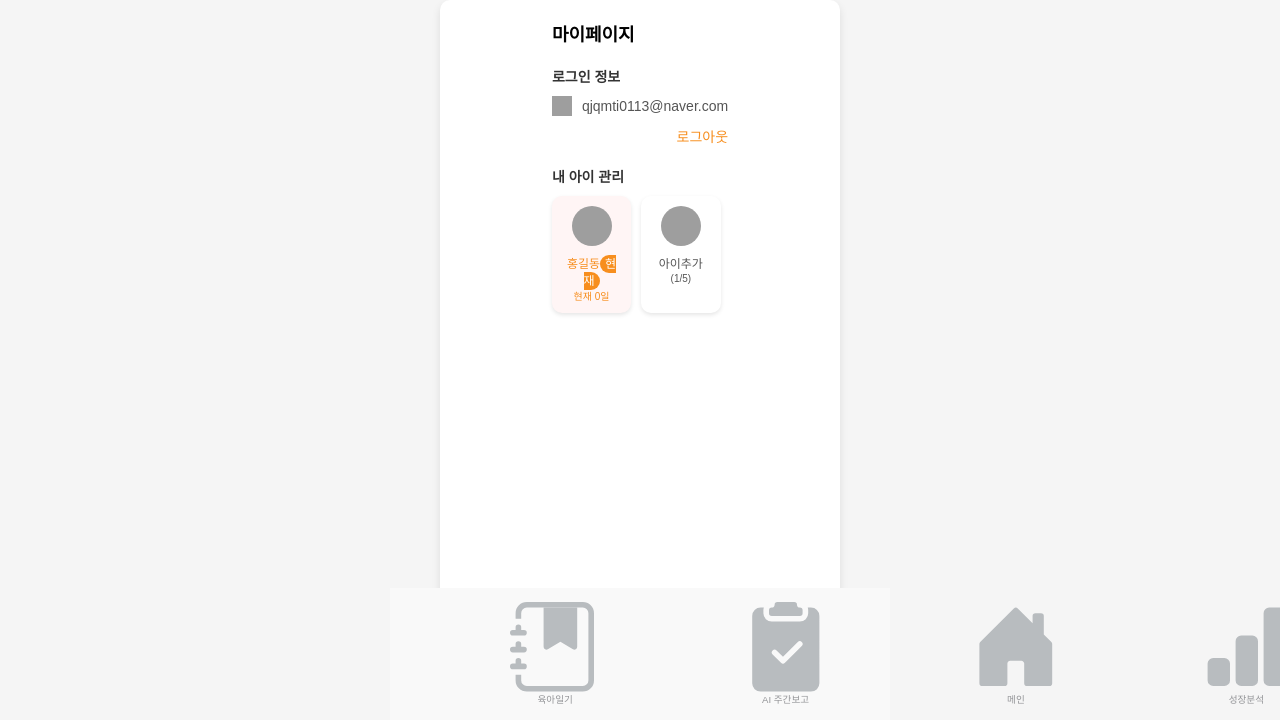
Repository: fromBirth/frombirth-frontend
Page: /mypage
An editor plug-in stored every save of this project. The page is shown before and after the next save, followed by the edit.
The browser window is 1280 px wide. The pictures show the whole page.
Pictures or frames that could not be fetched are drawn as grey boxes. Some web fonts or font styles are not loaded; a fallback is used. The project was rebuilt for these pictures with package versions that can differ from the ones it lists, and the page was loaded fresh each time. Also part of the build but not shown: vite.config.js.

Above is the page before, as saved 2024-10-30 12:42:33.

### index.html
<!doctype html>
<html lang="en">
  <head>
    <meta charset="UTF-8" />
    <link rel="icon" type="image/svg+xml" href="/fromBirthIcon" />
    <meta name="viewport" content="width=device-width, initial-scale=1.0" />
    <script src="https://t1.kakaocdn.net/kakao_js_sdk/2.7.2/kakao.min.js" integrity="sha384-TiCUE00h649CAMonG018J2ujOgDKW/kVWlChEuu4jK2vxfAAD0eZxzCKakxg55G4" crossorigin="anonymous"></script>
    <title>fromBirth</title>
  </head>
  <body>
    <div id="root"></div>
    <script type="module" src="/src/main.jsx"></script>
  </body>
</html>

### src/main.jsx
/* src/main.jsx */

// StrictMode와 createRoot 함수를 React에서 import
import { StrictMode } from 'react'
import { createRoot } from 'react-dom/client'
// 애플리케이션의 메인 컴포넌트인 App을 import
import App from './App.jsx'

// React 애플리케이션의 루트 DOM 요소에 App 컴포넌트를 렌더링
createRoot(document.getElementById('root')).render(
  <StrictMode>
    <App />
  </StrictMode>,
)

### src/App.jsx
/* src/App.jsx */

// 전체 애플리케이션에 라우팅 기능을 제공하는 BrowserRouter를 import
import { BrowserRouter as Router } from 'react-router-dom';
// 전역적으로 인증 상태를 관리하기 위해 AuthProvider를 import
import { AuthProvider } from './contexts/AuthContext';
// 애플리케이션의 전체 라우팅 구성을 위한 AppRouter를 import
import AppRouter from './routes/AppRouter'; // 라우팅 설정을 불러옴

// App 컴포넌트는 애플리케이션의 최상위 컴포넌트로, 인증과 라우팅을 관리
function App() {
    return (
        <AuthProvider>  {/* 인증 컨텍스트 제공 */}
            <Router>  {/* 라우팅 제공 */}
                <AppRouter /> {/* 전체 라우팅 설정 */}
            </Router>
        </AuthProvider>
    );
}

// App 컴포넌트를 기본으로 내보내기
export default App;

### src/contexts/AuthContext.jsx
/* src/contexts/AuthContext.jsx */

import { createContext, useState } from 'react';

// Context 생성
export const AuthContext = createContext();

// Context Provider 컴포넌트
export const AuthProvider = ({ children }) => {
    const [isAuthenticated, setIsAuthenticated] = useState(false);

    // 로그인/로그아웃 상태 변경 함수
    const toggleAuth = () => {
        setIsAuthenticated(!isAuthenticated);
    };

    return (
        <AuthContext.Provider value={{ isAuthenticated, toggleAuth }}>
            {children}
        </AuthContext.Provider>
    );
};

### src/routes/AppRouter.jsx
/* src/routes/AppRouter.jsx */

// React Router의 Routes와 Route 컴포넌트를 사용해 라우팅 구성
import { Routes, Route, Navigate } from 'react-router-dom';
// React에서 컴포넌트를 동적 로딩할 수 있도록 Suspense와 lazy를 사용
import { Suspense, lazy } from 'react';
// PATHS 객체를 import하여 경로를 상수로 관리
import { PATHS } from './paths';
// 전체 레이아웃 컴포넌트로, 로그인이 필요한 페이지의 공통 레이아웃으로 사용
import Layout from '../components/common/Layout.jsx';
// 스피너 컴포넌트 import
import Spinner from '../components/common/Spinner.jsx';
// 전역 스타일 파일을 import하여 스타일 적용
import '/src/assets/styles/common.css';

// React.lazy를 사용하여 동적 import로 각 페이지를 로딩하여 초기 로딩 속도 최적화
const Login = lazy(() => import('../components/login/Login.jsx'));
const Dashboard = lazy(() => import('../components/dashboard/Dashboard.jsx'));
const BabyDiary = lazy(() => import('../components/baby-diary/BabyDiary.jsx'));
const DiaryList = lazy(() => import('../components/baby-diary/DiaryList.jsx'));
const DiaryListPhoto = lazy(() => import('../components/baby-diary/DiaryListPhoto.jsx'));
const DiaryRegister = lazy(() => import('../components/baby-diary/DiaryRegister.jsx'));
const DiaryDetail = lazy(() => import('../components/baby-diary/DiaryDetail.jsx'));
const WeeklyReport = lazy(() => import('../components/weekly-report/WeeklyReport.jsx'));
const GrowthAnalysis = lazy(() => import('../components/growth-analysis/GrowthAnalysis.jsx'));
const MyPage = lazy(() => import('../components/my-page/MyPage.jsx'));
const ChildRegister = lazy(() => import('../components/my-page/ChildRegister.jsx'));

function AppRouter() {
    return (
        // Suspense로 동적 로딩 중 스피너 화면 표시
        <Suspense fallback={<Spinner />}>
            <Routes>
                {/* 로그인 페이지 */}
                <Route path={PATHS.LOGIN} element={<Login />} />

                {/* 기본 경로에서 메인 대시보드 화면으로 리다이렉트 */}
                <Route path="/" element={<Navigate to={PATHS.DASHBOARD} />} />

                {/* Layout 컴포넌트를 상위 요소로 하여 로그인이 필요한 페이지 구성 */}
                <Route element={<Layout />}>
                    {/* 메인 대시보드 페이지 */}
                    <Route path={PATHS.DASHBOARD} element={<Dashboard />} />

                    {/* BabyDiary 관련 페이지 */}
                    <Route path={PATHS.BABY_DIARY} element={<BabyDiary />} />
                    <Route path={PATHS.DIARY_LIST} element={<DiaryList />} />
                    <Route path={PATHS.DIARY_LIST_PHOTO} element={<DiaryListPhoto />} />
                    <Route path={PATHS.DIARY_REGISTER} element={<DiaryRegister />} />
                    <Route path={PATHS.DIARY_DETAIL} element={<DiaryDetail />} />

                    {/* WeeklyReport 페이지 */}
                    <Route path={PATHS.WEEKLY_REPORT} element={<WeeklyReport />} />

                    {/* GrowthAnalysis 페이지 */}
                    <Route path={PATHS.GROWTH_ANALYSIS} element={<GrowthAnalysis />} />

                    {/* MyPage 관련 페이지 */}
                    <Route path={PATHS.MY_PAGE} element={<MyPage />} />
                    <Route path={PATHS.CHILD_REGISTER} element={<ChildRegister />} />
                </Route>
            </Routes>
        </Suspense>
    );
}

export default AppRouter;

### src/routes/paths.js
/* src/routes/paths.js */

// PATHS 객체는 애플리케이션에서 사용하는 주요 라우트 경로를 상수로 관리
// 경로가 변경되더라도 이 파일만 수정하면 모든 라우트에 반영되어 유지보수가 용이해짐
export const PATHS = {

    // 로그인 페이지 경로
    LOGIN: "/login",

    // 메인 페이지 경로
    MAIN: "/main",

    // 육아 일기 섹션 경로들
    BABY_DIARY: "/babydiary",               // 육아 일기 메인 경로
    DIARY_LIST: "/babydiary/list",          // 일기 목록 페이지 경로
    DIARY_LIST_PHOTO: "/babydiary/listphoto", // 사진으로 보는 일기 목록 경로
    DIARY_REGISTER: "/babydiary/register",  // 일기 작성 페이지 경로
    DIARY_DETAIL: "/babydiary/detail",      // 일기 상세 페이지 경로

    // AI주간보고 페이지 경로
    WEEKLY_REPORT: "/weeklyreport",

    // 성장 분석 페이지 경로
    GROWTH_ANALYSIS: "/growthanalysis",

    // 내정보 섹션 경로들
    MY_PAGE: "/mypage",                     // 마이페이지 메인 경로
    CHILD_REGISTER: "/mypage/register",     // 아이 등록 페이지 경로
};

### src/components/common/Layout.jsx
/* src/components/Layout.jsx */

import { Link, Outlet, useLocation } from 'react-router-dom';
import { useState, useEffect } from 'react';
import '/src/assets/styles/layout.css';

function Layout() {

    const location = useLocation();
    const [activePath, setActivePath] = useState(location.pathname);

    // 라우터 변경 시 활성화 상태 업데이트
    useEffect(() => {
        setActivePath(location.pathname);
    }, [location]);

    return (
        <div className="layout">

            {/* 🔴 페이지 컨텐츠 */}
        <div className="container">
                <Outlet /> {/* 자식 페이지들이 이곳에 렌더링됩니다. */}
            </div>

            {/* 🔴 푸터 */}
            <footer className="footer">
                <nav className={"footer-nav"}>
                    <Link to="/babydiary" >
                        <div className={`nav-item ${activePath === '/babydiary' ? 'btn-active' : ''}`}>
                            <svg xmlns="http://www.w3.org/2000/svg" style={{ fill: activePath === '/babydiary' ? 'var(--logo-color)' : 'var(--menu-symbol-color)' }}
                                className="bi bi-journal-bookmark-fill" viewBox="0 0 16 16">
                                <path fillRule="evenodd"
                                    d="M6 1h6v7a.5.5 0 0 1-.757.429L9 7.083 6.757 8.43A.5.5 0 0 1 6 8z" />
                                <path
                                    d="M3 0h10a2 2 0 0 1 2 2v12a2 2 0 0 1-2 2H3a2 2 0 0 1-2-2v-1h1v1a1 1 0 0 0 1 1h10a1 1 0 0 0 1-1V2a1 1 0 0 0-1-1H3a1 1 0 0 0-1 1v1H1V2a2 2 0 0 1 2-2" />
                                <path
                                    d="M1 5v-.5a.5.5 0 0 1 1 0V5h.5a.5.5 0 0 1 0 1h-2a.5.5 0 0 1 0-1zm0 3v-.5a.5.5 0 0 1 1 0V8h.5a.5.5 0 0 1 0 1h-2a.5.5 0 0 1 0-1zm0 3v-.5a.5.5 0 0 1 1 0v.5h.5a.5.5 0 0 1 0 1h-2a.5.5 0 0 1 0-1z" />
                            </svg>
                            <span>육아일기</span>
                        </div>
                    </Link>
                    <Link to="/weeklyreport" >
                        <div className={`nav-item ${activePath === '/weeklyreport' ? 'btn-active' : ''}`}>
                            <svg xmlns="http://www.w3.org/2000/svg" style={{ fill: activePath === '/weeklyreport' ? 'var(--logo-color)' : 'var(--menu-symbol-color)' }}
                                className="bi bi-clipboard2-check-fill" viewBox="0 0 16 16">
                                <path
                                    d="M10 .5a.5.5 0 0 0-.5-.5h-3a.5.5 0 0 0-.5.5.5.5 0 0 1-.5.5.5.5 0 0 0-.5.5V2a.5.5 0 0 0 .5.5h5A.5.5 0 0 0 11 2v-.5a.5.5 0 0 0-.5-.5.5.5 0 0 1-.5-.5" />
                                <path
                                    d="M4.085 1H3.5A1.5 1.5 0 0 0 2 2.5v12A1.5 1.5 0 0 0 3.5 16h9a1.5 1.5 0 0 0 1.5-1.5v-12A1.5 1.5 0 0 0 12.5 1h-.585q.084.236.085.5V2a1.5 1.5 0 0 1-1.5 1.5h-5A1.5 1.5 0 0 1 4 2v-.5q.001-.264.085-.5m6.769 6.854-3 3a.5.5 0 0 1-.708 0l-1.5-1.5a.5.5 0 1 1 .708-.708L7.5 9.793l2.646-2.647a.5.5 0 0 1 .708.708" />
                            </svg>
                            <span>AI 주간보고</span>
                        </div>

                    </Link>
                    <Link to="/dashboard" >
                        <div className={`nav-item ${activePath === '/dashboard' ? 'btn-active' : ''}`}>
                            <svg xmlns="http://www.w3.org/2000/svg" style={{ fill: activePath === '/dashboard' ? 'var(--logo-color)' : 'var(--menu-symbol-color)' }}
                                className="bi bi-house-door-fill" viewBox="0 0 16 16">
                                <path
                                    d="M6.5 14.5v-3.505c0-.245.25-.495.5-.495h2c.25 0 .5.25.5.5v3.5a.5.5 0 0 0 .5.5h4a.5.5 0 0 0 .5-.5v-7a.5.5 0 0 0-.146-.354L13 5.793V2.5a.5.5 0 0 0-.5-.5h-1a.5.5 0 0 0-.5.5v1.293L8.354 1.146a.5.5 0 0 0-.708 0l-6 6A.5.5 0 0 0 1.5 7.5v7a.5.5 0 0 0 .5.5h4a.5.5 0 0 0 .5-.5" />
                            </svg>
                            <span>메인</span>
                        </div>

                    </Link>
                    <Link to="/growthanalysis" >
                        <div className={`nav-item ${activePath === '/growthanalysis' ? 'btn-active' : ''}`}>
                            <svg xmlns="http://www.w3.org/2000/svg" style={{ fill: activePath === '/growthanalysis' ? 'var(--logo-color)' : 'var(--menu-symbol-color)' }}
                                className="bi bi-bar-chart-fill" viewBox="0 0 16 16">
                                <path
                                    d="M1 11a1 1 0 0 1 1-1h2a1 1 0 0 1 1 1v3a1 1 0 0 1-1 1H2a1 1 0 0 1-1-1zm5-4a1 1 0 0 1 1-1h2a1 1 0 0 1 1 1v7a1 1 0 0 1-1 1H7a1 1 0 0 1-1-1zm5-5a1 1 0 0 1 1-1h2a1 1 0 0 1 1 1v12a1 1 0 0 1-1 1h-2a1 1 0 0 1-1-1z" />
                            </svg>
                            <span>성장분석</span>
                        </div>

                    </Link>
                    <Link to="/mypage" >
                        <div className={`nav-item ${activePath === '/mypage' ? 'btn-active' : ''}`}>
                            <svg xmlns="http://www.w3.org/2000/svg" style={{ fill: activePath === '/mypage' ? 'var(--logo-color)' : 'var(--menu-symbol-color)' }}
                                className="bi bi-person-fill" viewBox="0 0 16 16">
                                <path d="M3 14s-1 0-1-1 1-4 6-4 6 3 6 4-1 1-1 1zm5-6a3 3 0 1 0 0-6 3 3 0 0 0 0 6" />
                            </svg>
                            <span>내정보</span>
                        </div>
                    </Link>
                </nav>
            </footer>
        </div>
    );
}

export default Layout;

### src/components/common/Spinner.jsx
/* src/components/Spinner.jsx */

const Spinner = () => {
    return (
        <div className="spinner-overlay">
            <div className="spinner"></div>
        </div>
    );
};

export default Spinner;

### src/assets/styles/common.css
/* src/assets/styles/common.css */

/* 🔴 폰트 설정 */
@font-face { font-family: 'Pretendard'; font-weight: 100; font-style: normal; src: url('https://cdn.jsdelivr.net/gh/webfontworld/pretendard/Pretendard-Thin.woff') format('woff'); font-display: swap; }
@font-face { font-family: 'Pretendard'; font-weight: 200; font-style: normal; src: url('https://cdn.jsdelivr.net/gh/webfontworld/pretendard/Pretendard-ExtraLight.woff') format('woff'); font-display: swap; }
@font-face { font-family: 'Pretendard'; font-weight: 300; font-style: normal; src: url('https://cdn.jsdelivr.net/gh/webfontworld/pretendard/Pretendard-Light.woff') format('woff'); font-display: swap; }
@font-face { font-family: 'Pretendard'; font-weight: 400; font-style: normal; src: url('https://cdn.jsdelivr.net/gh/webfontworld/pretendard/Pretendard-Regular.woff') format('woff'); font-display: swap; }
@font-face { font-family: 'Pretendard'; font-weight: 500; font-style: normal; src: url('https://cdn.jsdelivr.net/gh/webfontworld/pretendard/Pretendard-Medium.woff') format('woff'); font-display: swap; }
@font-face { font-family: 'Pretendard'; font-weight: 600; font-style: normal; src: url('https://cdn.jsdelivr.net/gh/webfontworld/pretendard/Pretendard-SemiBold.woff') format('woff'); font-display: swap; }
@font-face { font-family: 'Pretendard'; font-weight: 700; font-style: normal; src: url('https://cdn.jsdelivr.net/gh/webfontworld/pretendard/Pretendard-Bold.woff') format('woff'); font-display: swap; }
@font-face { font-family: 'Pretendard'; font-weight: 800; font-style: normal; src: url('https://cdn.jsdelivr.net/gh/webfontworld/pretendard/Pretendard-ExtraBold.woff') format('woff'); font-display: swap; }
@font-face { font-family: 'Pretendard'; font-weight: 900; font-style: normal; src: url('https://cdn.jsdelivr.net/gh/webfontworld/pretendard/Pretendard-Black.woff') format('woff'); font-display: swap; }
/* HakgyoansimDunggeunmisoTTF 폰트 설정 (로컬 파일) */
@font-face { font-family: 'HakgyoansimDunggeunmisoTTF-B'; src: url('/src/assets/fonts/Hakgyoansim-Dunggeunmiso-TTF-B.ttf') format('truetype'); font-weight: normal; font-style: normal; }
@font-face { font-family: 'HakgyoansimDunggeunmisoTTF-R'; src: url('/src/assets/fonts/Hakgyoansim-Dunggeunmiso-TTF-R.ttf') format('truetype'); font-weight: normal; font-style: normal; }

/* 🔴 css 초기화 설정 */
html, body { font-family: "Pretendard", sans-serif; height: 100%; margin: 0; padding: 0; }
body { display: flex; justify-content: center; align-items: center; min-height: 100vh; margin: 0; background-color: #f5f5f5; }
* { margin: 0; padding: 0; box-sizing: border-box; }
a { text-decoration: none; color: black; }
ul, li, ol, dl, dd { list-style: none; margin: 0; }
img { max-width: 100%; height: auto; border: 0; }
table { border-collapse: collapse; border-spacing: 0; }
td, th { padding: 0; }
input[type="checkbox"] { cursor: pointer; }
button { appearance: none; border: 0; background: transparent; font: inherit; outline: none; cursor: pointer; }
button:disabled { cursor: default; }
label { margin: 0; font-weight: normal; }
p { margin: 0; }
input::placeholder { color: #888; }

/* 🔴 색상 등 전역 변수 설정 */
:root { --logo-color: #FF893C; --button-disabled-color: #E6E9F0; --menu-symbol-color: #B8BCBF; --menu-text-color: #949598; --background-color: #F4F7FC; }

/* 🔴 루트 컨테이너 크기 설정 */
#root { height: 100vh; width: 100vw; }

/* 🔴 로딩 스피너 */
.spinner-overlay { position: fixed; top: 0; left: 0; width: 100vw; height: 100vh; display: flex; justify-content: center; align-items: center; background: rgba(255, 255, 255, 0.8); z-index: 1000; }
.spinner { width: 40px; height: 40px; border: 5px solid rgba(0, 0, 0, 0.1); border-top-color: #3498db; border-radius: 50%; animation: spin 1s linear infinite; }
@keyframes spin { to { transform: rotate(360deg); }
 }

### src/components/my-page/MyPage.jsx
import React from 'react';
import './MyPage.css';

const MyPage = () => {
    return (
        <div className="container">
            <div className="header">마이페이지</div>

            <div className="login-info">
                <h3>로그인 정보</h3>
                <div className="email">
                    <img src="email-icon.png" alt="Email Icon" />
                    <span>qjqmti0113@naver.com</span>
                </div>
                <div className="logout">로그아웃</div>
            </div>

            <div className="child-management">
                <h3>내 아이 관리</h3>
                <div className="child-cards">
                    <div className="child-card active-child">
                        <img src="child1.png" alt="Child Image" />
                        <div>
                            홍길동
                            <span style={{ backgroundColor: '#f78e1e', color: 'white', borderRadius: '10px', padding: '2px 5px' }}>현재</span>
                        </div>
                        <small>현재 0일</small>
                    </div>
                    <div className="child-card">
                        <img src="add-child.png" alt="Add Child" />
                        <div>아이추가</div>
                        <small>(1/5)</small>
                    </div>
                </div>
            </div>
        </div>
    );
};

export default MyPage;

### src/assets/styles/layout.css
/* src/assets/styles/layout.css */

/* 레이아웃 */
.layout { display: flex; flex-direction: column; min-height: 100vh; width: 100vw; align-items: center; }

 /* 콘텐츠 영역 */
.content { flex-grow: 1; width: 100%; max-width: 500px; margin: 0 auto; padding: 0 16px; overflow-y: auto; padding-bottom: 60px;}

/* 중앙 컨테이너 스타일 */
.layout { background-color: white; width: 90%; max-width: 400px; padding: 20px; border-radius: 10px; box-shadow: 0 4px 8px rgba(0, 0, 0, 0.1); margin: 0 auto; }

/* 헤더 스타일 */
.layout .header { display: flex; align-items: center; gap: 10px; margin-bottom: 20px; }
.layout .header .profile-image { width: 40px; height: 40px; border-radius: 50%; background-color: #f0e68c; }
.layout .header .header-title { font-size: 18px; }
.layout .header .header-dropdown { font-size: 14px; color: gray; }

/* footer */
.layout .footer { background-color: #F9F9F9; text-align: center; display: flex; justify-content: center; width: 100%; max-width: 500px; margin: 0 auto; position: fixed; bottom: 0;  }
.layout .footer .footer-nav { display: flex; justify-content: space-around; width: 100%; max-width: 400px; }
.layout .footer .footer-nav .nav-item { display: flex; flex-direction: column; justify-content: center; color: #949598; font-size: 0.6em; min-width: 12vw; margin: 1vh 3vw; padding: 1vh 1vw; }
.layout .footer .footer-nav .nav-item.btn-active { background-color: #FE8A3C1F; color: #FF893C; border-radius:9px; }
.layout .footer .footer-nav .nav-item svg { margin: auto; width: 7vw; }

### src/components/my-page/MyPage.css
.header { font-size: 18px; font-weight: bold; margin-bottom: 20px; }

.login-info, .child-management { margin-bottom: 20px; }

.login-info h3, .child-management h3 { font-size: 14px; color: #333; margin-bottom: 10px; }

.email { display: flex; align-items: center; font-size: 14px; color: #555; margin-bottom: 10px; }

.email img { width: 20px; height: 20px; margin-right: 10px; }

.logout { font-size: 14px; color: #f78e1e; text-align: right; cursor: pointer; }

.child-cards { display: flex; gap: 10px; }

.child-card { width: 45%; padding: 10px; text-align: center; font-size: 12px; color: #555; border-radius: 10px; box-shadow: 0 2px 4px rgba(0, 0, 0, 0.1); }

.child-card img { width: 40px; height: 40px; border-radius: 50%; margin-bottom: 5px; }

.active-child { background-color: #fff5f5; color: #f78e1e; }

After the next save:
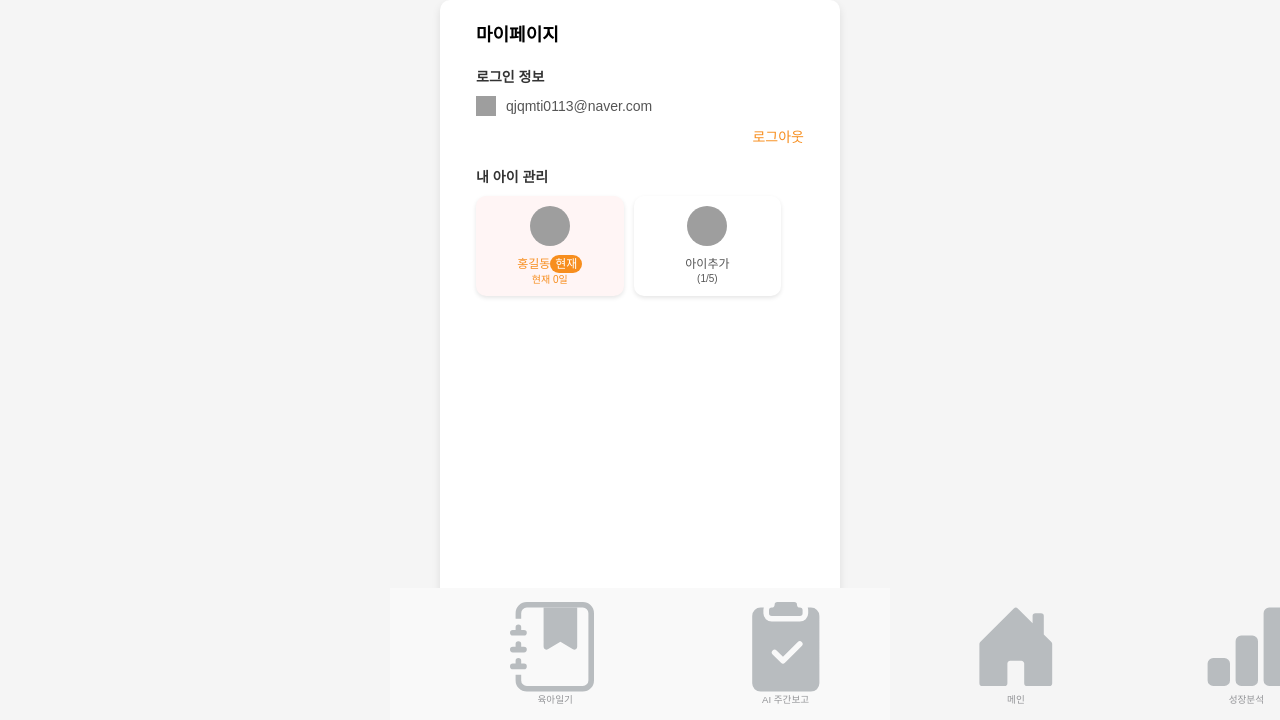
Saved 24 s later.
--- a/src/components/common/Layout.jsx
+++ b/src/components/common/Layout.jsx
@@ -18,7 +18,7 @@ function Layout() {
         <div className="layout">
 
             {/* 🔴 페이지 컨텐츠 */}
-        <div className="container">
+            <div className="content">
                 <Outlet /> {/* 자식 페이지들이 이곳에 렌더링됩니다. */}
             </div>
 
